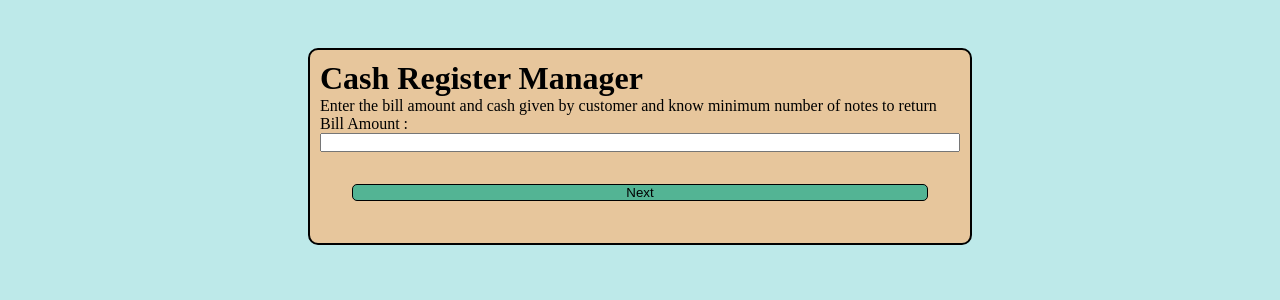
Repository: patelamancode/Cash-register-manager-app
Page: index.html
An editor plug-in stored every save of this project. The page is shown before and after the next save, followed by the edit.
The browser window is 1280 px wide. The pictures show the whole page.

Above is the page before, as saved 2022-11-18 15:35:04.

After the next save:
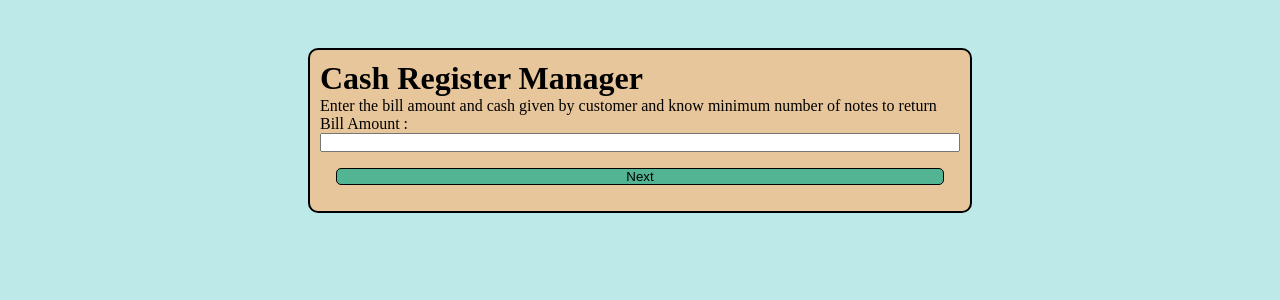
Saved 30 s later.
--- a/index.css
+++ b/index.css
@@ -21,7 +21,7 @@
 }
 
 button{
-    margin: 2rem;
+    margin: 1rem;
     border: 1px solid;
     background-color: rgb(83, 180, 148);
     border-radius: 5px;

After the save that followed:
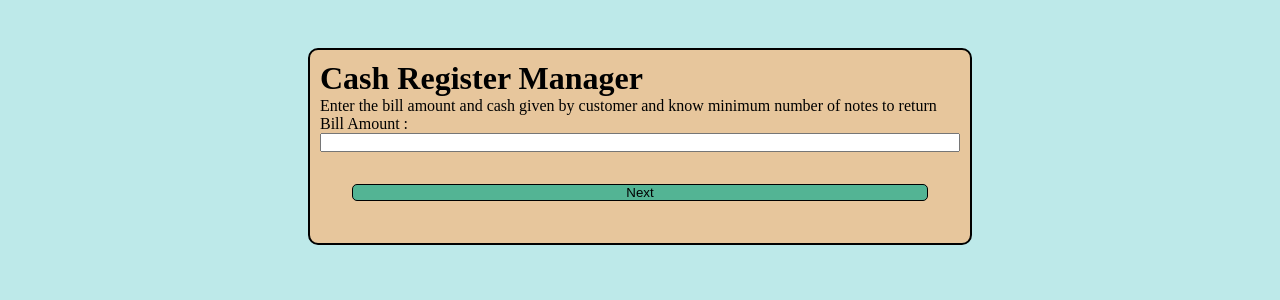
Saved 13 s later.
--- a/index.css
+++ b/index.css
@@ -21,7 +21,7 @@
 }
 
 button{
-    margin: 1rem;
+    margin: 2rem;
     border: 1px solid;
     background-color: rgb(83, 180, 148);
     border-radius: 5px;
